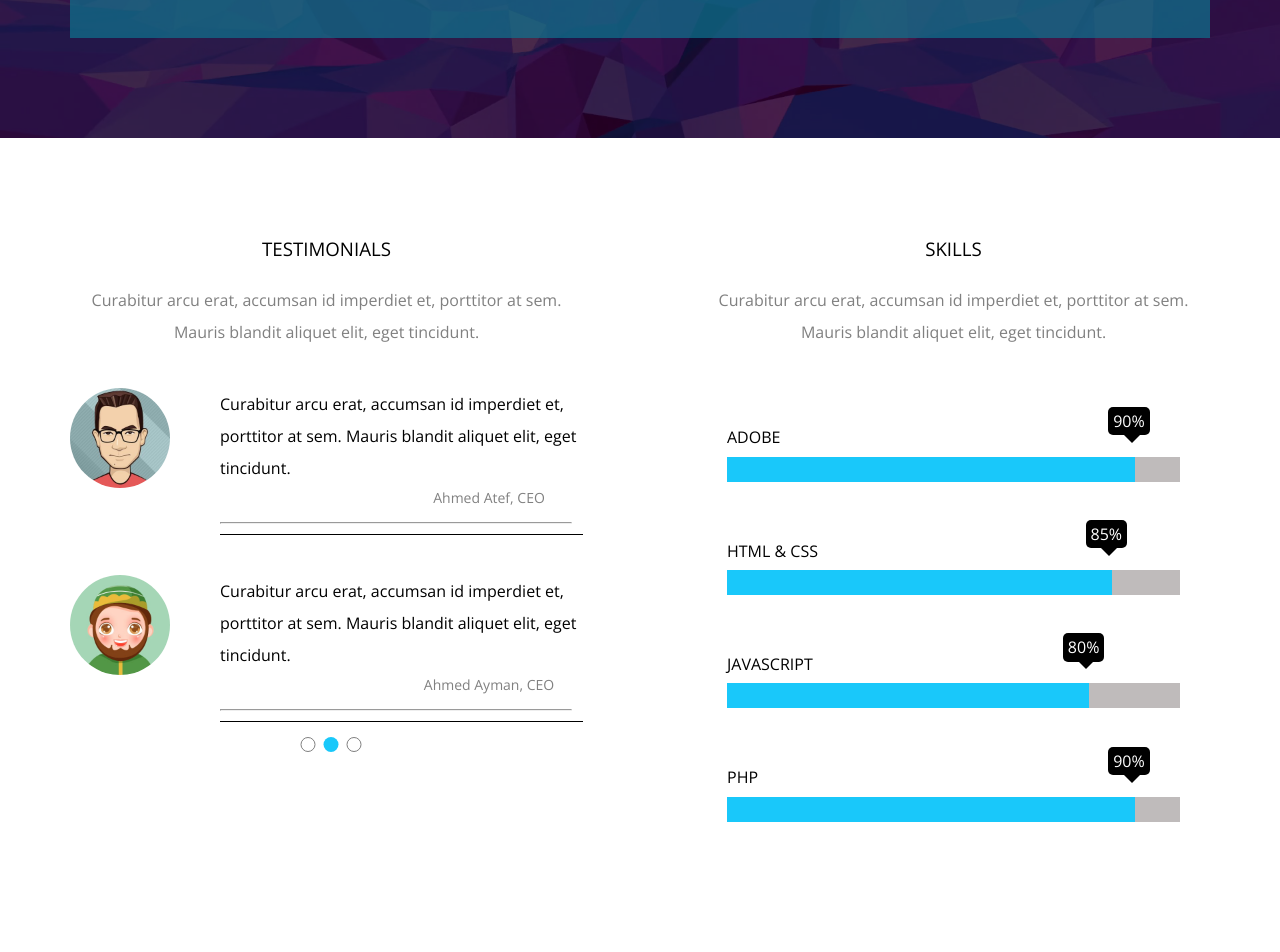
Repository: Ahmed123rezk123/Template_2
Page: index.html
The author's editor kept a copy of each file at every save. The page is drawn from the files as they stood at one save, then again after the next save.
The browser window is 1280 px wide. The pictures show the part of the page from y = 4915 to 5867 px (the page is 5867 px tall).
A picture or video elsewhere on the page could not be fetched, so the positions and the page height are approximate. Some web fonts or font styles are not loaded; a fallback is used.

Above is the page before, as saved 2024-04-15 19:10:52.

After the next save:
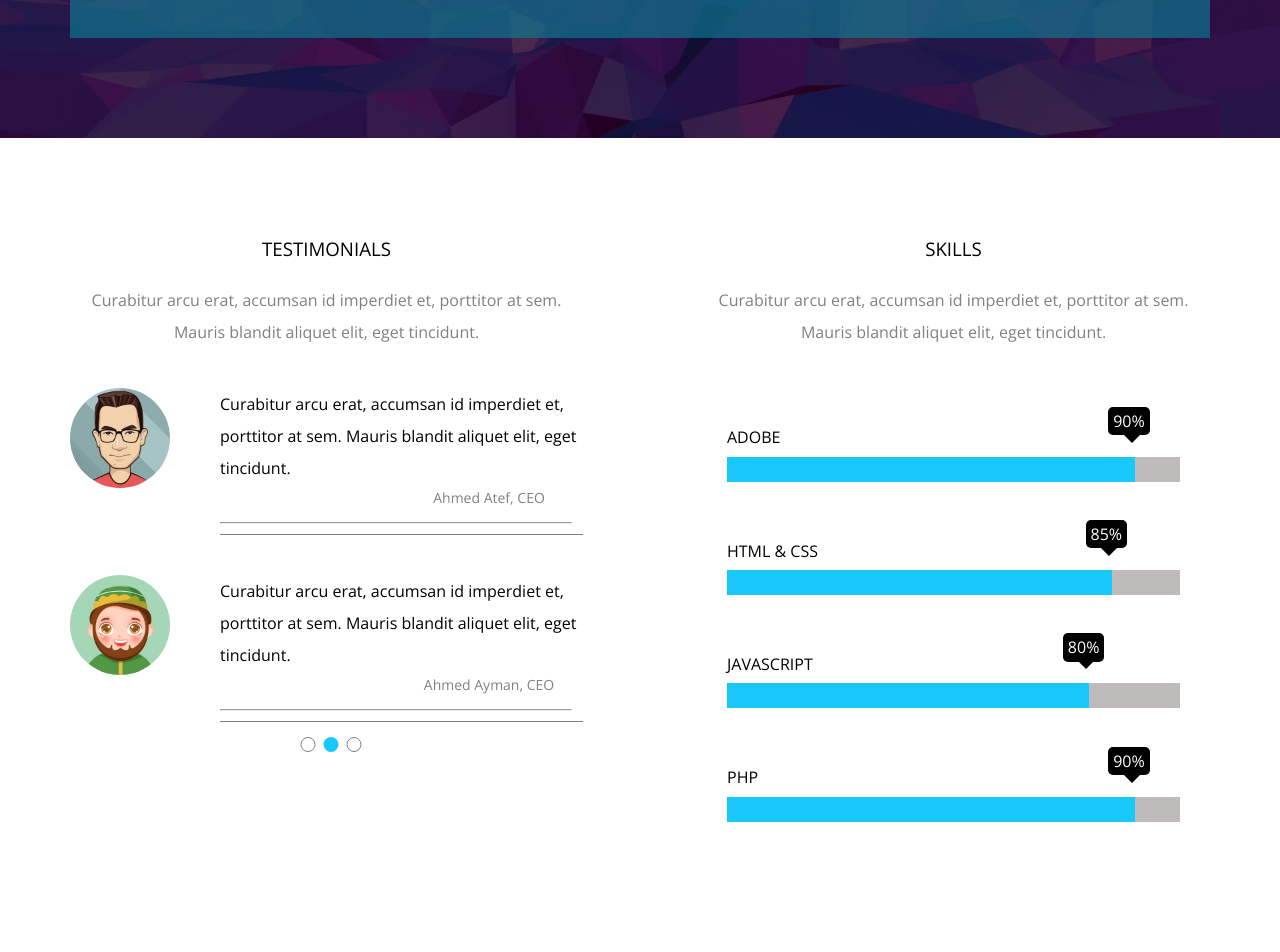
Saved 4 s later.
--- a/css/kasper.css
+++ b/css/kasper.css
@@ -702,7 +702,7 @@ margin-right: 50px;
     flex-direction: column;
     line-height: 2;
     max-width: 400px;
-    border-bottom: 1px solid ;
+    border-bottom: 1px solid gray;
 }
 
 .our-skills .container .testimonial .box .text p {
